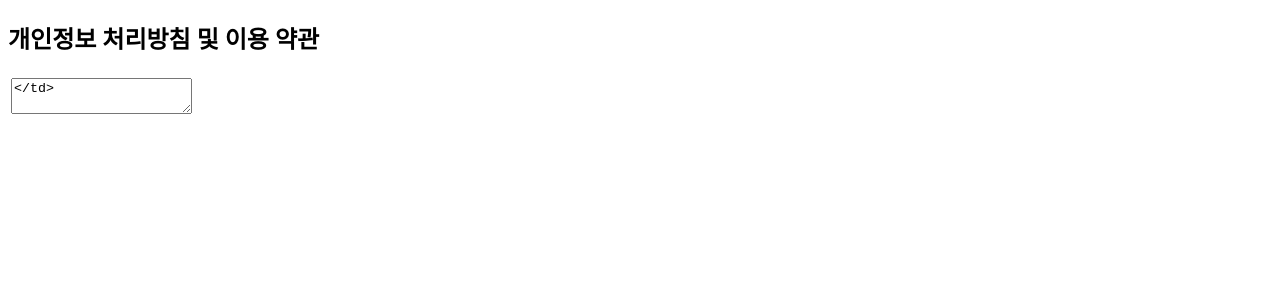
Repository: skdltm12/jsp1
Page: http://localhost/web01/agree.jsp
The author's editor kept a copy of each file at every save. The page is drawn from the files as they stood at one save, then again after the next save.
The browser window is 1280 px wide. The pictures show the whole page.
The page is served by Tomcat 9.

Above is the page before, as saved 2022-04-26 16:06:29.

After the next save:
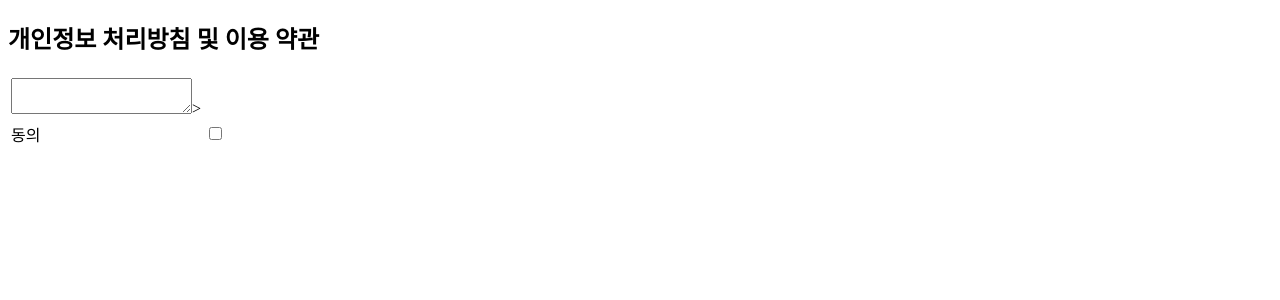
Saved 49 s later.
--- a/web01/src/main/webapp/agree.jsp
+++ b/web01/src/main/webapp/agree.jsp
@@ -11,7 +11,9 @@
 	<table>
 		<tbody>
 			<tr>
-				<td><textarea></td>
+				<td><textarea name='agree1' id='agree1'>
+
+				</textarea>></td>
 			</tr>
 			<tr>
 				<td>동의</td>
